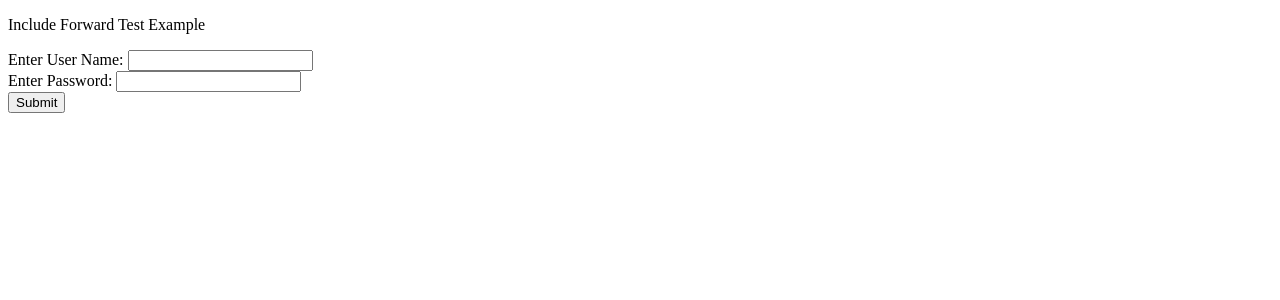
Repository: avishi14/Java_Practise
Page: webApplication/TestFirstServlet/WebContent/Form1.html
An editor plug-in stored every save of this project. The page is shown before and after the next save, followed by the edit.
The browser window is 1280 px wide. The pictures show the whole page.

Above is the page before, as saved 2019-09-03 09:09:19.

After the next save:
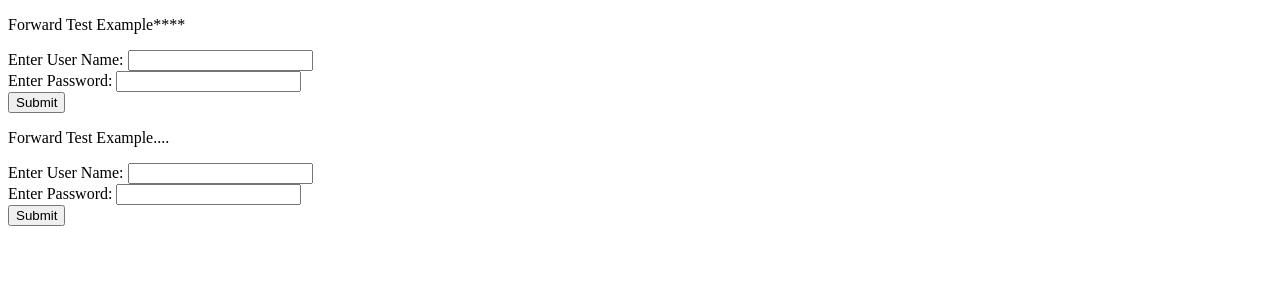
Saved 3 min 34 s later.
--- a/webApplication/TestFirstServlet/WebContent/Form1.html
+++ b/webApplication/TestFirstServlet/WebContent/Form1.html
@@ -5,10 +5,17 @@
 <title>Form</title>
 </head>
 <body>
-<p> Include Forward Test Example</p>
-<form action= " IncludeController method="post>
+<p>Forward Test Example****</p>
+<form action= " ForwardController" method="post">
 Enter User Name: <input type="text" name = "username"><br>
 Enter Password: <input type="password" name = "pwd"><br>
 <input type="submit" name = "Login"><br>
+</form>
+<p> Forward Test Example....</p>
+<form action= " IncludeController" method="post">
+Enter User Name: <input type="text" name = "username"><br>
+Enter Password: <input type="password" name = "pwd"><br>
+<input type="submit" name = "Login"><br>
+</form>
 </body>
 </html>
